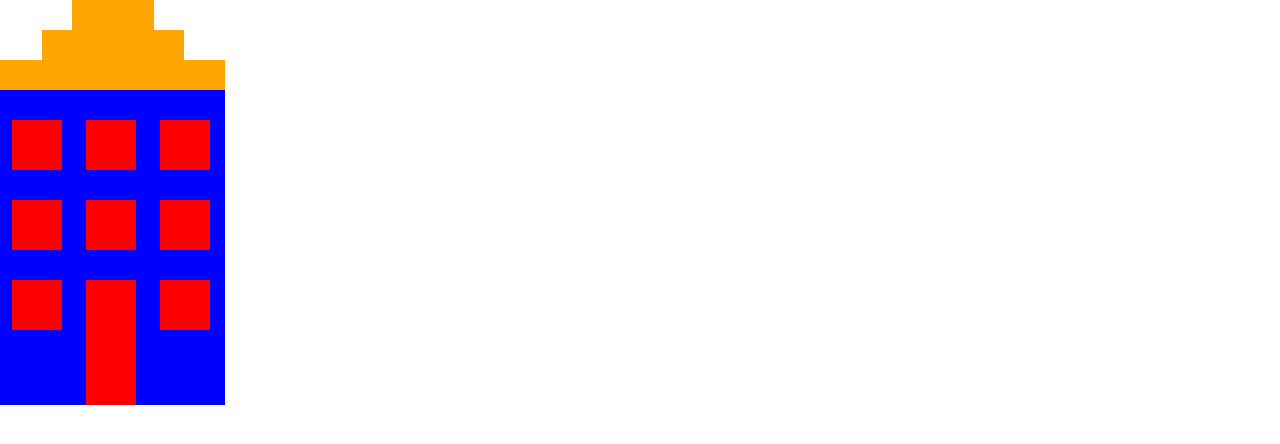
Repository: Luc010/Exercices
Page: HTML CSS/cours/float/float2.html
The author's editor kept a copy of each file at every save. The page is drawn from the files as they stood at one save, then again after the next save.
The browser window is 1280 px wide. The pictures show the whole page.

Above is the page before, as saved 2019-09-05 14:49:59.

### HTML CSS/cours/float/float2.html
<!DOCTYPE html>
<html lang="en">
<head>
    <meta charset="UTF-8">
    <meta name="viewport" content="width=device-width, initial-scale=1.0">
    <meta http-equiv="X-UA-Compatible" content="ie=edge">
    <title>Document</title>
    <style>
        body{
            margin: 0;
        }
        .maison{

        }
        .toit{
            width: 225px;
        }
        .blocOrange{
            background-color: orange;
            margin-right: auto;
            margin-left: auto;
        }
        .base{
            background-color: blue;
            height: 315px;
            width: 225px;
        }
        .blocRed, .porte{
            background-color: red;
            height: 50px;
            width: 50px;
            margin: 30px 12px 0;
            float: left;
        }
    </style>
</head>
<body>
    <div class="maison">
        <div class="toit">
            <div class="blocOrange" style="height: 30px;width: 82px;"></div>
            <div class="blocOrange" style="height: 30px;width: 142px;"></div>
            <div class="blocOrange" style="height: 30px;width: 194x;"></div>
        </div>
        <div class="base">
            <div class="blocRed"></div>
            <div class="blocRed"></div>
            <div class="blocRed"></div>
            <div class="blocRed"></div>
            <div class="blocRed"></div>
            <div class="blocRed"></div>
            <div class="blocRed"></div>
            <div class="porte" style="margin: 30px 12px 0;height: 125px;"></div>
            <div class="blocRed"></div>
        </div>
    </div>
</body>
</html>

After the next save:
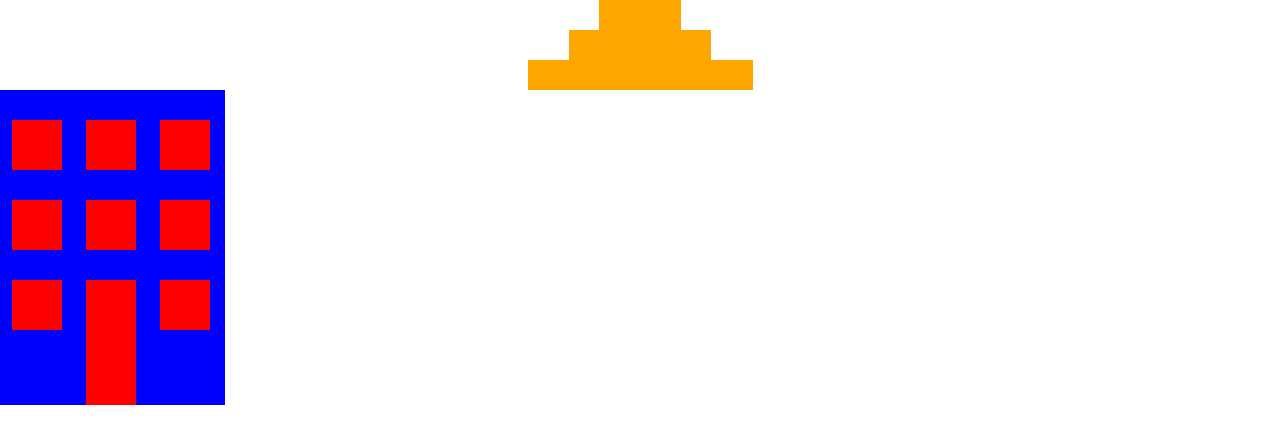
Saved 5 s later.
--- a/HTML CSS/cours/float/float2.html
+++ b/HTML CSS/cours/float/float2.html
@@ -9,11 +9,10 @@
         body{
             margin: 0;
         }
-        .maison{
-
-        }
         .toit{
             width: 225px;
+            margin-left: auto;
+            margin-right:auto;
         }
         .blocOrange{
             background-color: orange;

After the save that followed:
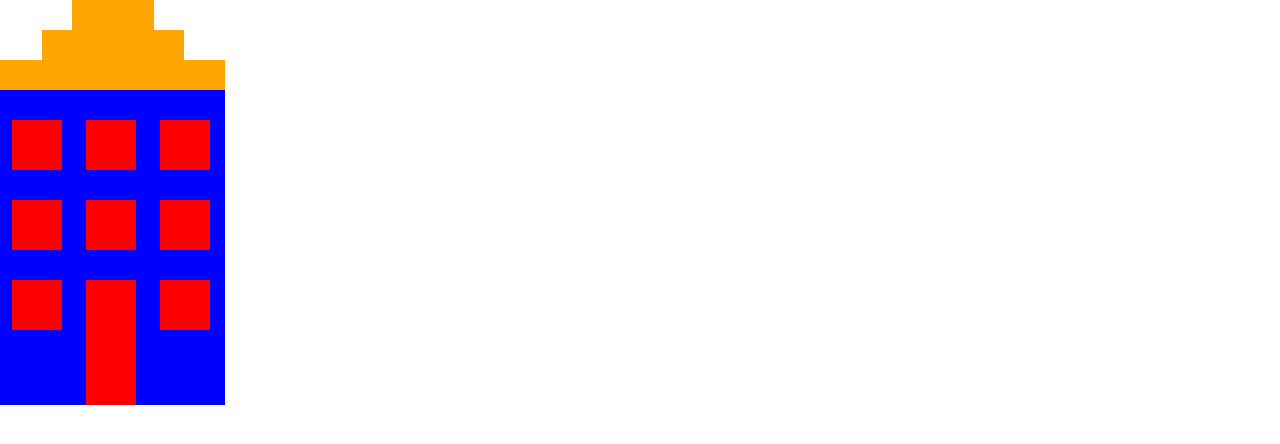
Saved 4 s later.
--- a/HTML CSS/cours/float/float2.html
+++ b/HTML CSS/cours/float/float2.html
@@ -11,8 +11,6 @@
         }
         .toit{
             width: 225px;
-            margin-left: auto;
-            margin-right:auto;
         }
         .blocOrange{
             background-color: orange;
